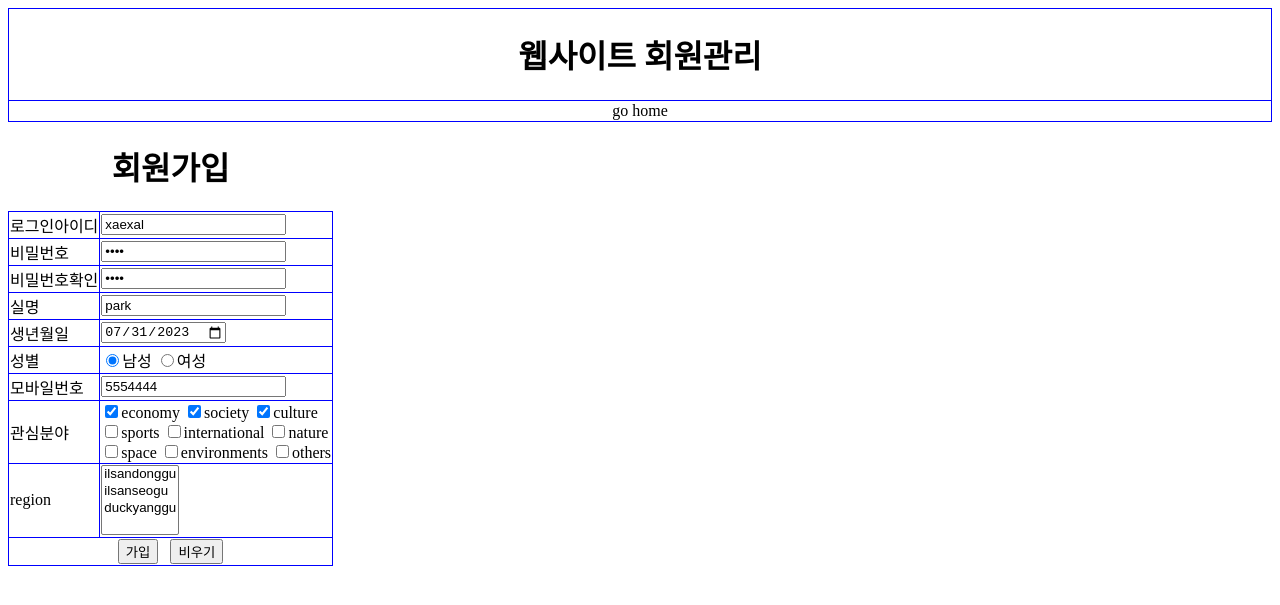
Repository: Sleepingco/HimediaJava
Page: http://localhost/HelloWorld/WEB-INF/views/member/signup.jsp
The author's editor kept a copy of each file at every save. The page is drawn from the files as they stood at one save, then again after the next save.
The browser window is 1280 px wide. The pictures show the whole page.
The page is served by Tomcat 10. Nobody is signed in. The template is opened directly, without the code that normally fills it, so the values that code supplies are empty.

Above is the page before, as saved 2023-07-31 02:32:49.

After the next save:
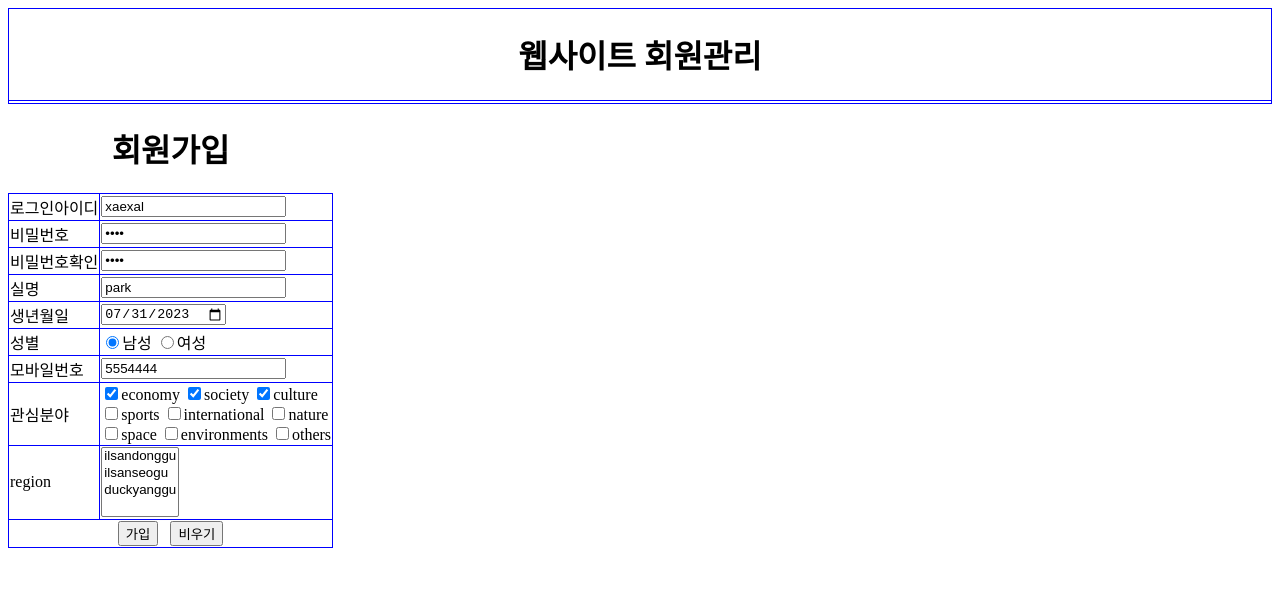
Saved 17 s later.
--- a/HelloWorld/src/main/webapp/WEB-INF/views/member/signup.jsp
+++ b/HelloWorld/src/main/webapp/WEB-INF/views/member/signup.jsp
@@ -20,7 +20,7 @@
 	<td align=center><h1>웹사이트 회원관리</h1></td>
 </tr>
 <tr>
-	<td align=center> go home</td>
+	<td align=center></td>
 </tr>
 </table>
 <form id=frmMember method=post action=signup> <!-- action은 실행시 뒤에 써줄 url을 써주면됨 -->

After the save that followed:
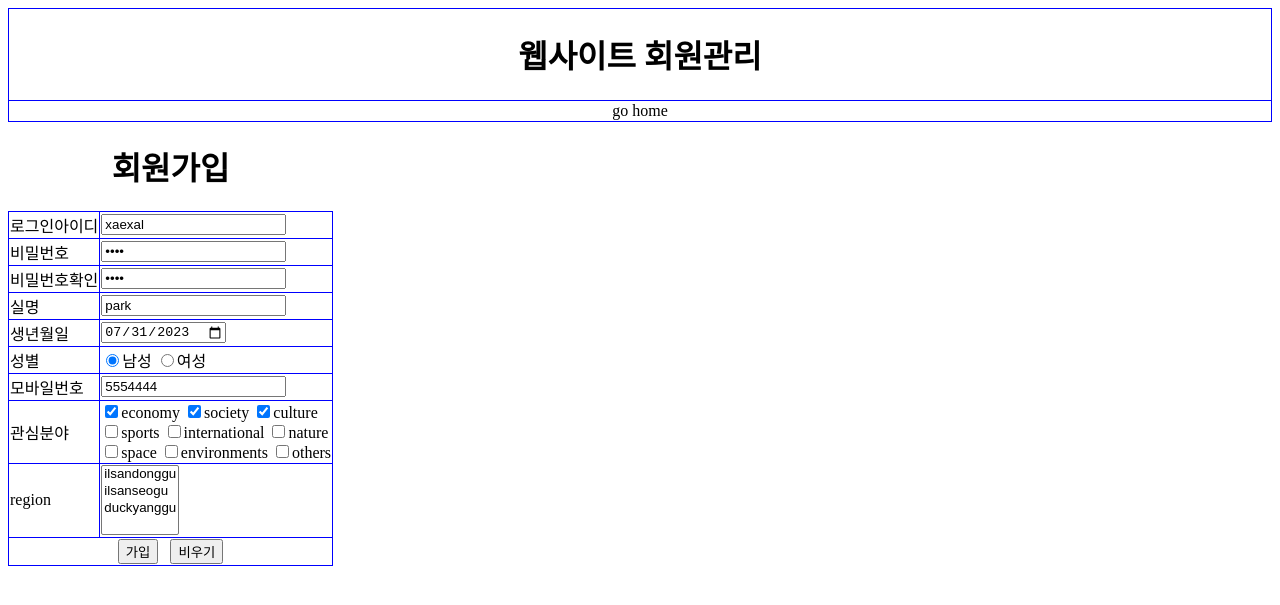
Saved 43 s later.
--- a/HelloWorld/src/main/webapp/WEB-INF/views/member/signup.jsp
+++ b/HelloWorld/src/main/webapp/WEB-INF/views/member/signup.jsp
@@ -6,23 +6,7 @@
 <meta charset="UTF-8">
 <title>회원가입</title>
 </head>
-<style>
-table{
-	border-collapse:collapse
-}
-td {
-	border:1px solid blue
-}
-</style>
-<body>
-<table style='width:100%'>
-<tr>
-	<td align=center><h1>웹사이트 회원관리</h1></td>
-</tr>
-<tr>
-	<td align=center></td>
-</tr>
-</table>
+<%@ include file="header.jsp" %>
 <form id=frmMember method=post action=signup> <!-- action은 실행시 뒤에 써줄 url을 써주면됨 -->
 <table>
 <caption><h1>회원가입</h1></caption>
